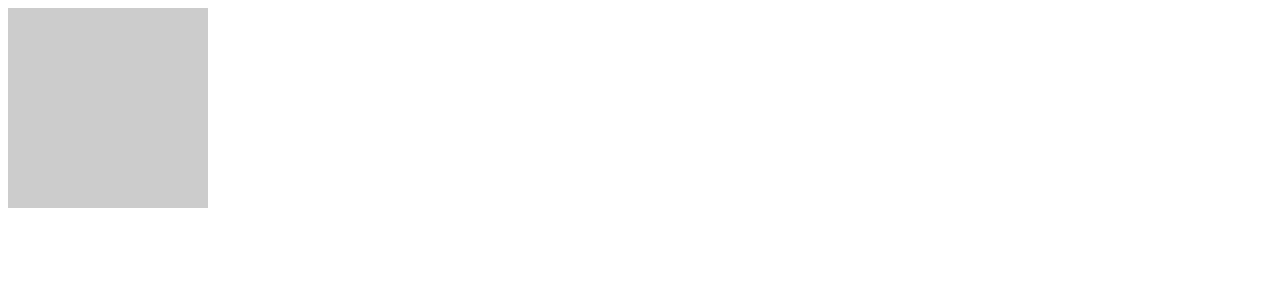
Repository: yaoxin1996/All-kinds-of-practice
Page: html/index.html
An editor plug-in stored every save of this project. The page is shown before and after the next save, followed by the edit.
The browser window is 1280 px wide. The pictures show the whole page.

Above is the page before, as saved 2022-05-22 10:01:55.

After the next save:
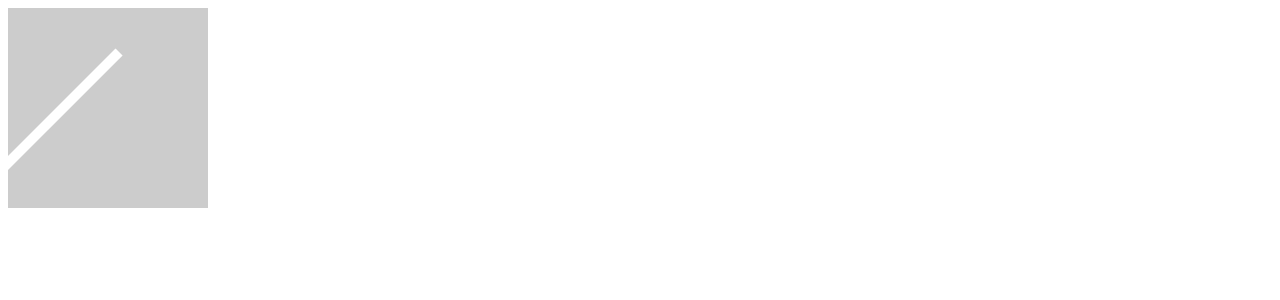
Saved 23 s later.
--- a/html/index.html
+++ b/html/index.html
@@ -14,6 +14,7 @@
     width: 200px;
     height: 200px;
     background: #ccc;
+    position: relative;
   }
   .inner::after {
     content: '';
@@ -21,6 +22,8 @@
     height: 300px;
     transform: rotate(45deg);
     background-color: #fff;
+    position: absolute;
+    top: 0;
   }
 
 </style>
